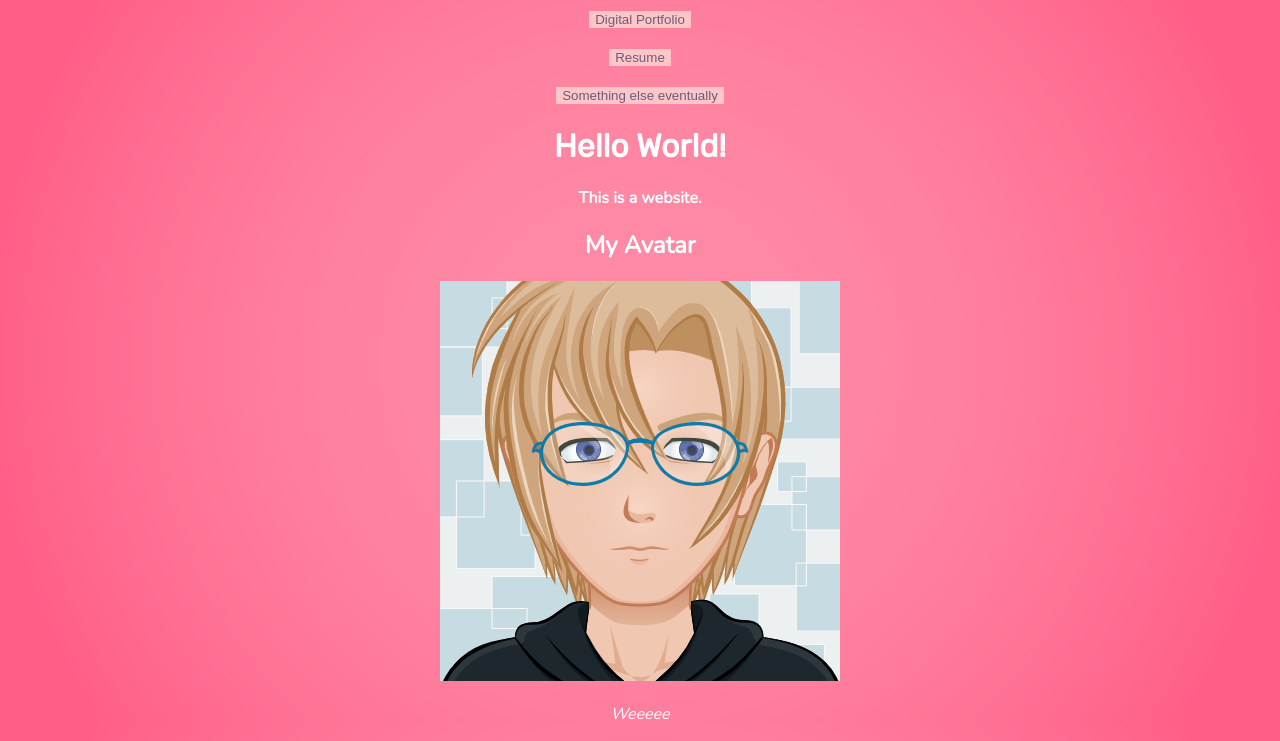
Repository: Ivyeomnky/Ivyeomnky.github.io
Page: index.html
The author's editor kept a record of every edit. The page is drawn from the files as they stood at one moment, then again after the next edit.
The browser window is 1280 px wide. The pictures show the whole page.
Backgrounds fixed to the window are drawn as part of the page.

Above is the page before.

After the next edit:
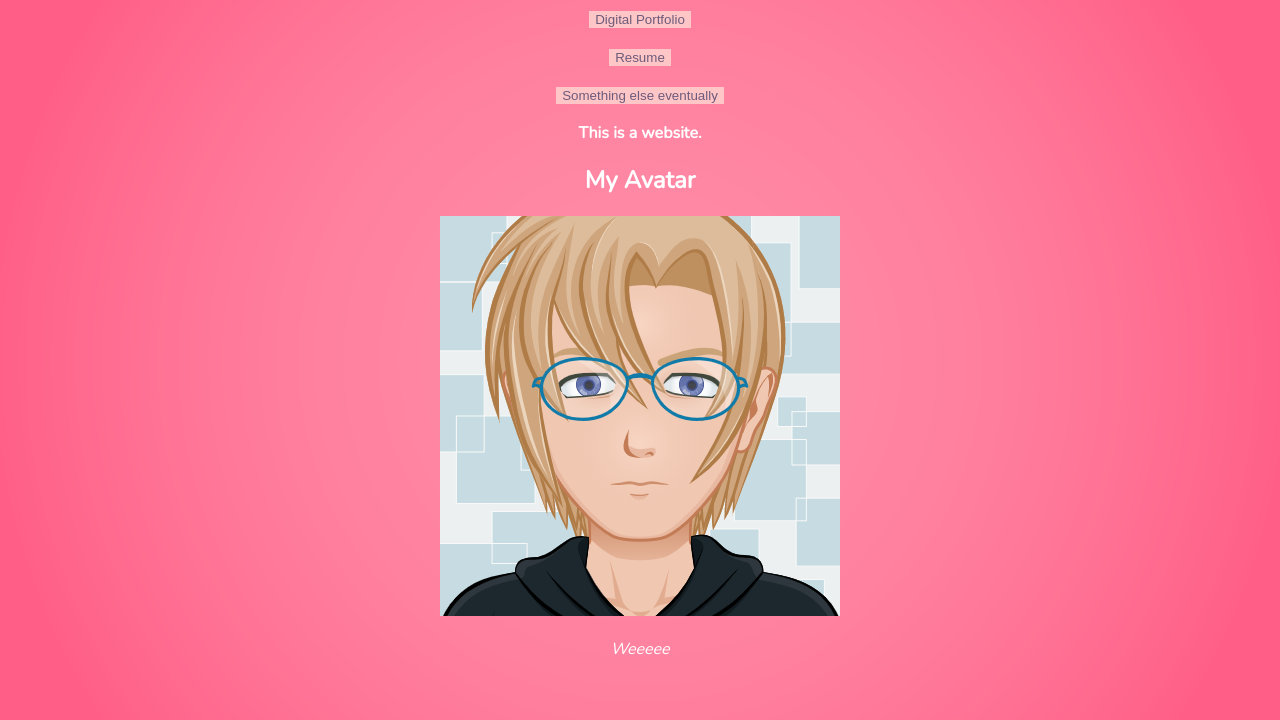
The edit:
--- a/index.html
+++ b/index.html
@@ -13,7 +13,7 @@
         <a href="dp.html" target="_blank"><button>Digital Portfolio</button></a>
         <p><a href="resume.html" target="_blank"><button>Resume</button></a></p>
         <p><a href="html.html" target="_blank"><button>Something else eventually</button></a></p>
-        <h1>Hello World!</h1>
+
         <center><p><b>This is a website.</b></center>
         <h2>My Avatar</h2></p>
         <img src="images/myAvatar.png" alt="My Avatar" width="400" height="400">
